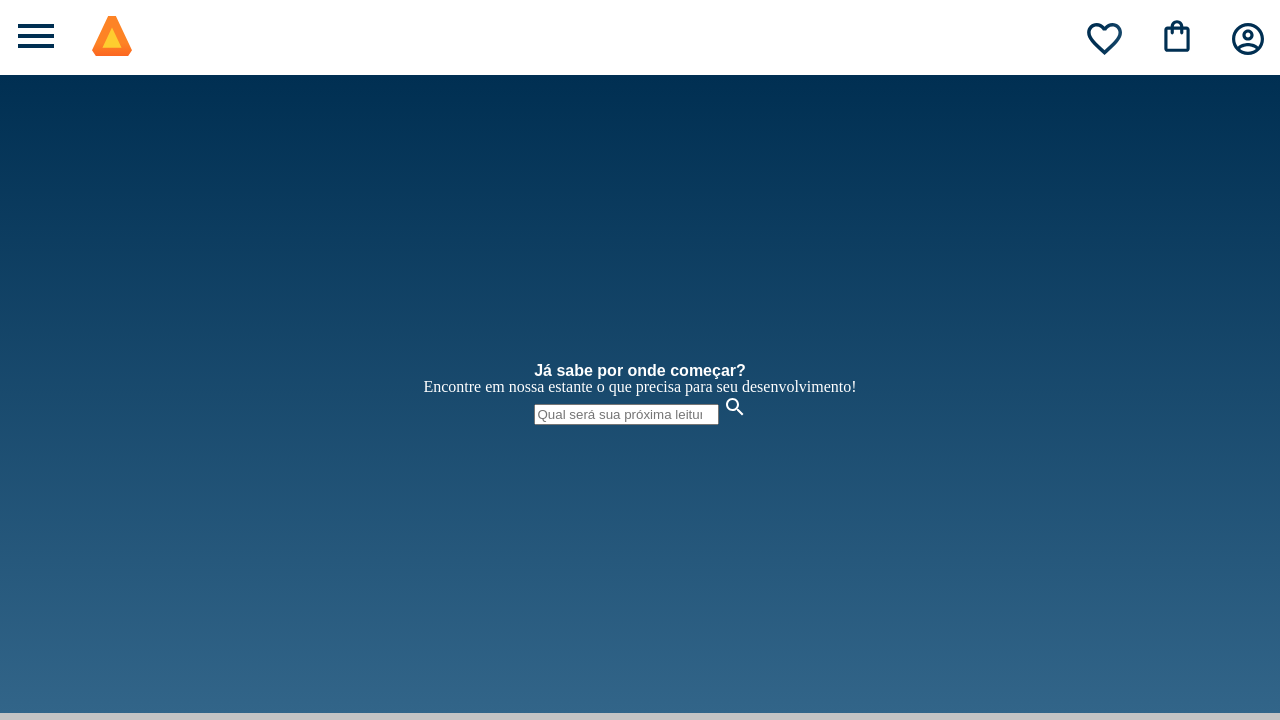
Repository: DamnDTX/projeto-mobile
Page: index.html
These files come from the project's save history. The page is drawn as it stood at one moment and after the next save; the edit follows.
The browser window is 1280 px wide. The pictures show the whole page.

Above is the page before, as saved 2023-07-28 09:32:23.

After the next save:
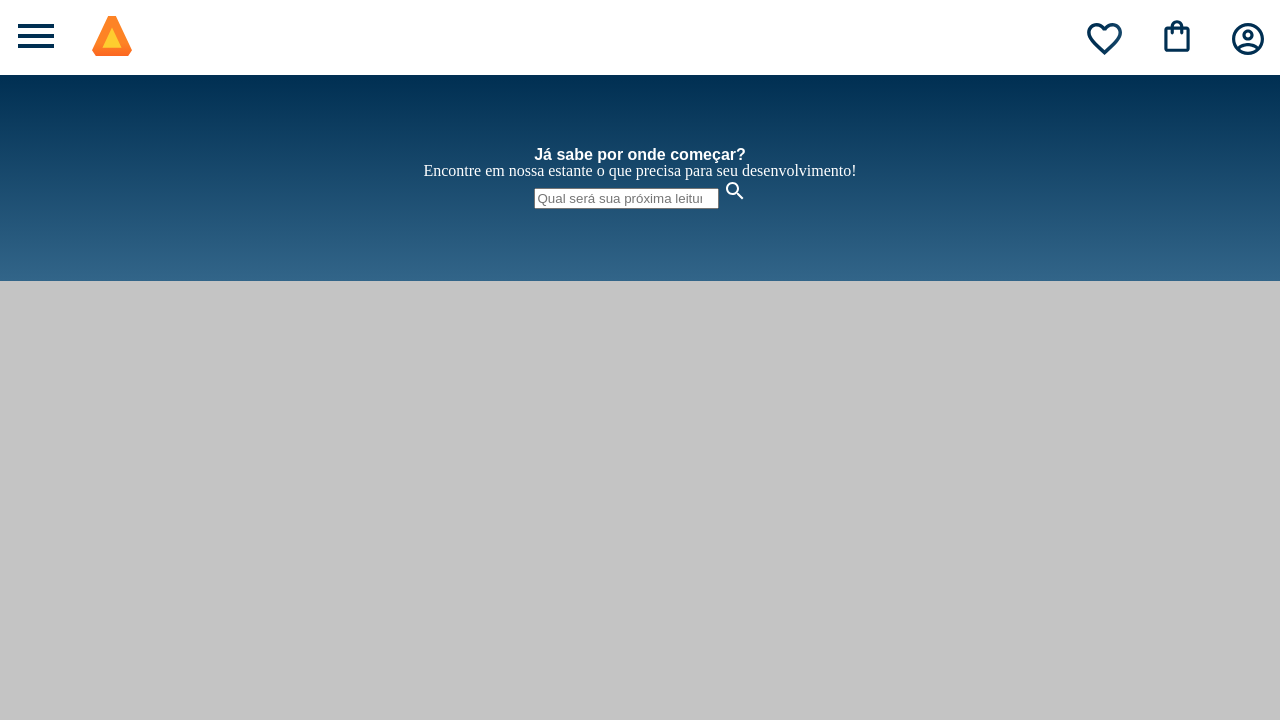
Saved 12 s later.
--- a/styles/banner.css
+++ b/styles/banner.css
@@ -12,7 +12,7 @@
     background:linear-gradient(#002F52, #326589) ;
     color: var(--cor-fonte-banner);
     text-align: center;
-    padding: 40vh;
+    padding: 10vh;
 }
 
 .banner__titulo{
